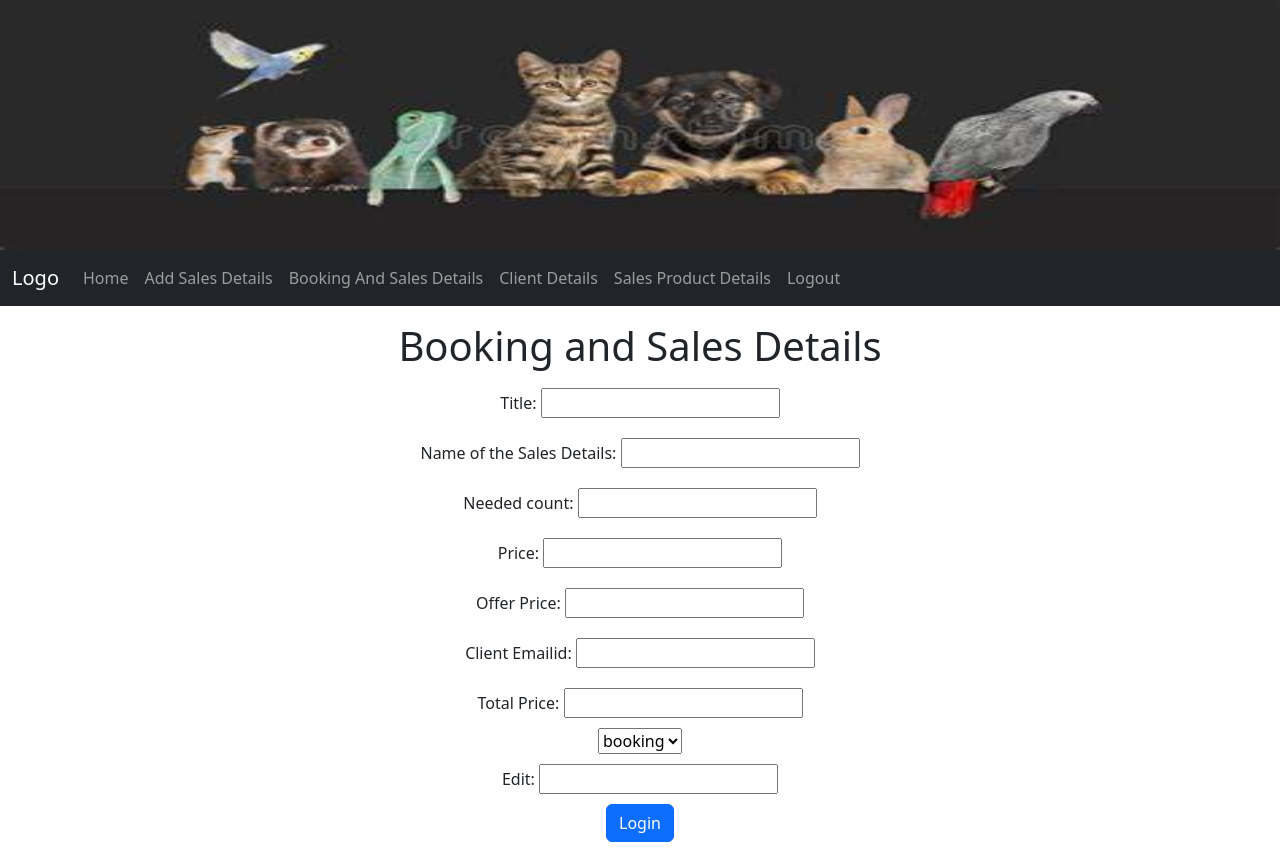
Repository: sangee123456/flowersanddogshop
Page: http://localhost/FlowersofNatureandFriendlyAnimals/WEB-INF/jsp/admin/bookingsalesdetails.jsp
An editor plug-in stored every save of this project. The page is shown before and after the next save, followed by the edit.
The browser window is 1280 px wide. The pictures show the whole page.
The page is served by Tomcat 9. Nobody is signed in. The template is opened directly, without the code that normally fills it, so the values that code supplies are empty.

Above is the page before, as saved 2026-04-01 04:16:18.

After the next save:
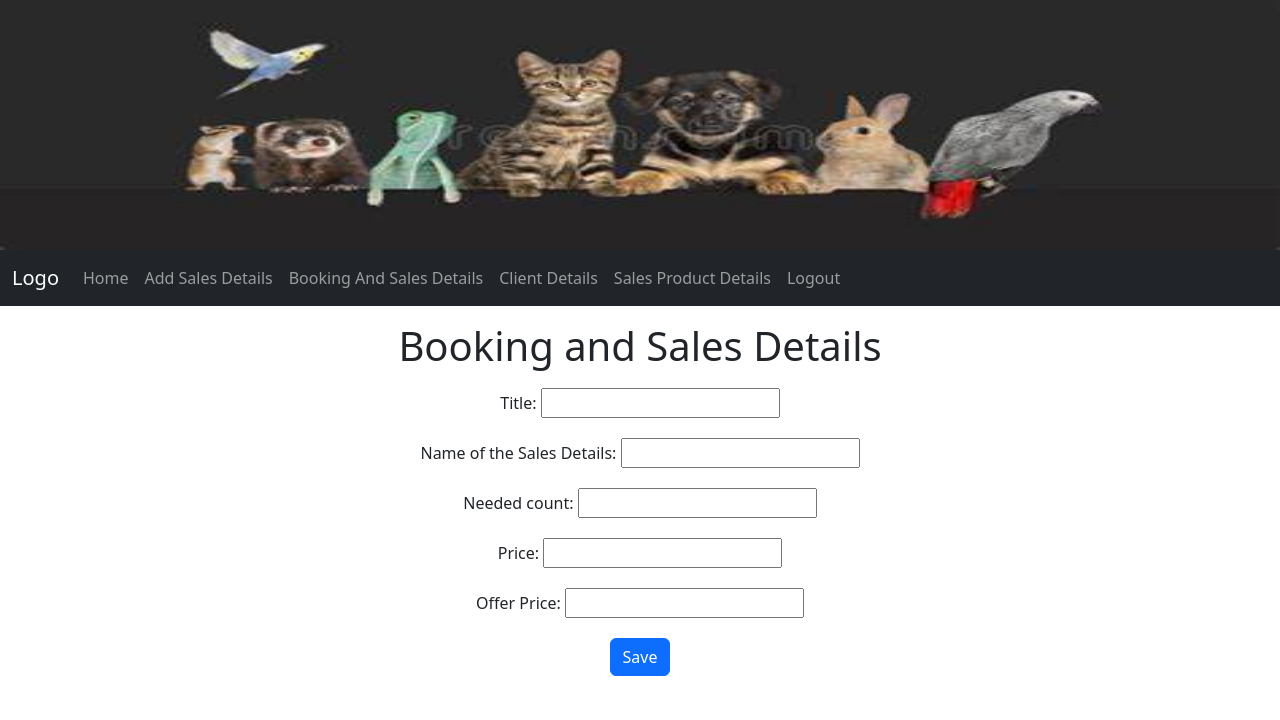
Saved 5 min 26 s later.
--- a/FlowersofNatureandFriendlyAnimals/FlowersofNatureandFriendlyAnimals/src/main/webapp/WEB-INF/jsp/admin/bookingsalesdetails.jsp
+++ b/FlowersofNatureandFriendlyAnimals/FlowersofNatureandFriendlyAnimals/src/main/webapp/WEB-INF/jsp/admin/bookingsalesdetails.jsp
@@ -76,33 +76,13 @@
                       <input type="text" name="offerprice">
                   </div>
 
-
-
-                <div style="padding: 10px;">
-                      <label> Client Emailid:</label>
-                      <input type="email" name="email">
-                  </div>
-                <div style="padding: 10px;">
-                      <label>Total Price:</label>
-                      <input type="text" name="totalprice">
-                  </div>
-
-                 <select class="action">
-               <option>booking</option>
-                 </select>
-
-                  <div style="padding: 10px;">
-                      <label> Edit:</label>
-                      <input type="text" name="edit">
-
-
                     <div style="padding: 10px;">
-                  <button class="btn btn-primary">Login</button>
+                  <button class="btn btn-primary">Save</button>
                       </div>
 
         </div>
 
-                 </div>
+
             </form>
 
 </body>
